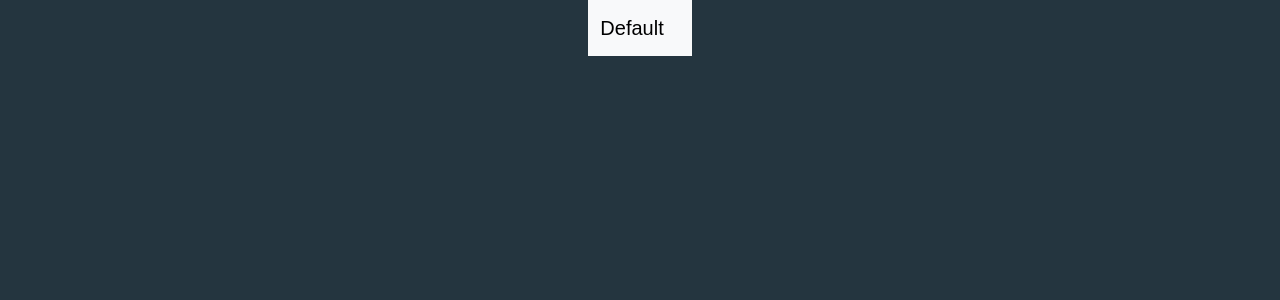
Repository: bodajava/TASK-4
Page: theerdIndex.html
The author's editor kept a copy of each file at every save. The page is drawn from the files as they stood at one save, then again after the next save.
The browser window is 1280 px wide. The pictures show the whole page.

Above is the page before, as saved 2025-06-18 05:18:36.

After the next save:
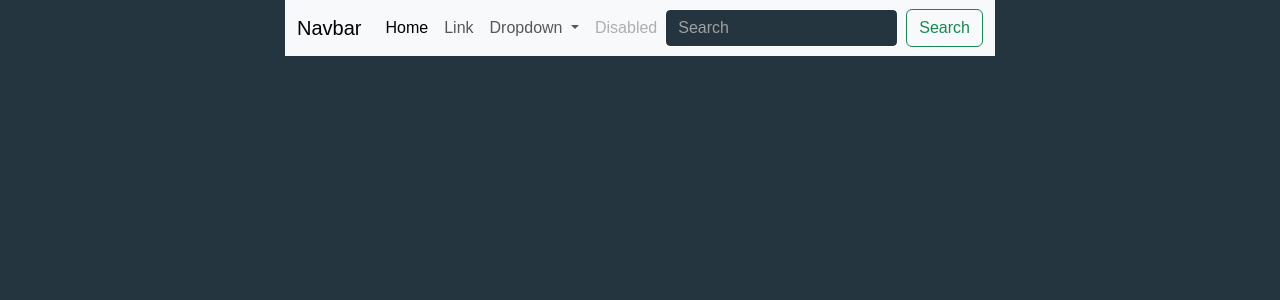
Saved 51 s later.
--- a/theerdIndex.html
+++ b/theerdIndex.html
@@ -9,9 +9,63 @@
     <title>Document</title>
   </head>
   <body>
-    <nav class="navbar bg-body-tertiary">
+    <nav class="navbar navbar-expand-lg bg-body-tertiary">
       <div class="container-fluid">
-        <a class="navbar-brand" href="#">Default</a>
+        <a class="navbar-brand" href="#">Navbar</a>
+        <button
+          class="navbar-toggler"
+          type="button"
+          data-bs-toggle="collapse"
+          data-bs-target="#navbarSupportedContent"
+          aria-controls="navbarSupportedContent"
+          aria-expanded="false"
+          aria-label="Toggle navigation"
+        >
+          <span class="navbar-toggler-icon"></span>
+        </button>
+        <div class="collapse navbar-collapse" id="navbarSupportedContent">
+          <ul class="navbar-nav me-auto mb-2 mb-lg-0">
+            <li class="nav-item">
+              <a class="nav-link active" aria-current="page" href="#">Home</a>
+            </li>
+            <li class="nav-item">
+              <a class="nav-link" href="#">Link</a>
+            </li>
+            <li class="nav-item dropdown">
+              <a
+                class="nav-link dropdown-toggle"
+                href="#"
+                role="button"
+                data-bs-toggle="dropdown"
+                aria-expanded="false"
+              >
+                Dropdown
+              </a>
+              <ul class="dropdown-menu">
+                <li><a class="dropdown-item" href="#">Action</a></li>
+                <li><a class="dropdown-item" href="#">Another action</a></li>
+                <li><hr class="dropdown-divider" /></li>
+                <li>
+                  <a class="dropdown-item" href="#">Something else here</a>
+                </li>
+              </ul>
+            </li>
+            <li class="nav-item">
+              <a class="nav-link disabled" aria-disabled="true">Disabled</a>
+            </li>
+          </ul>
+          <form class="d-flex" role="search">
+            <input
+              class="form-control me-2"
+              type="search"
+              placeholder="Search"
+              aria-label="Search"
+            />
+            <button class="btn btn-outline-success" type="submit">
+              Search
+            </button>
+          </form>
+        </div>
       </div>
     </nav>
     <script src="js/bootstrap.bundle.min.js"></script>
